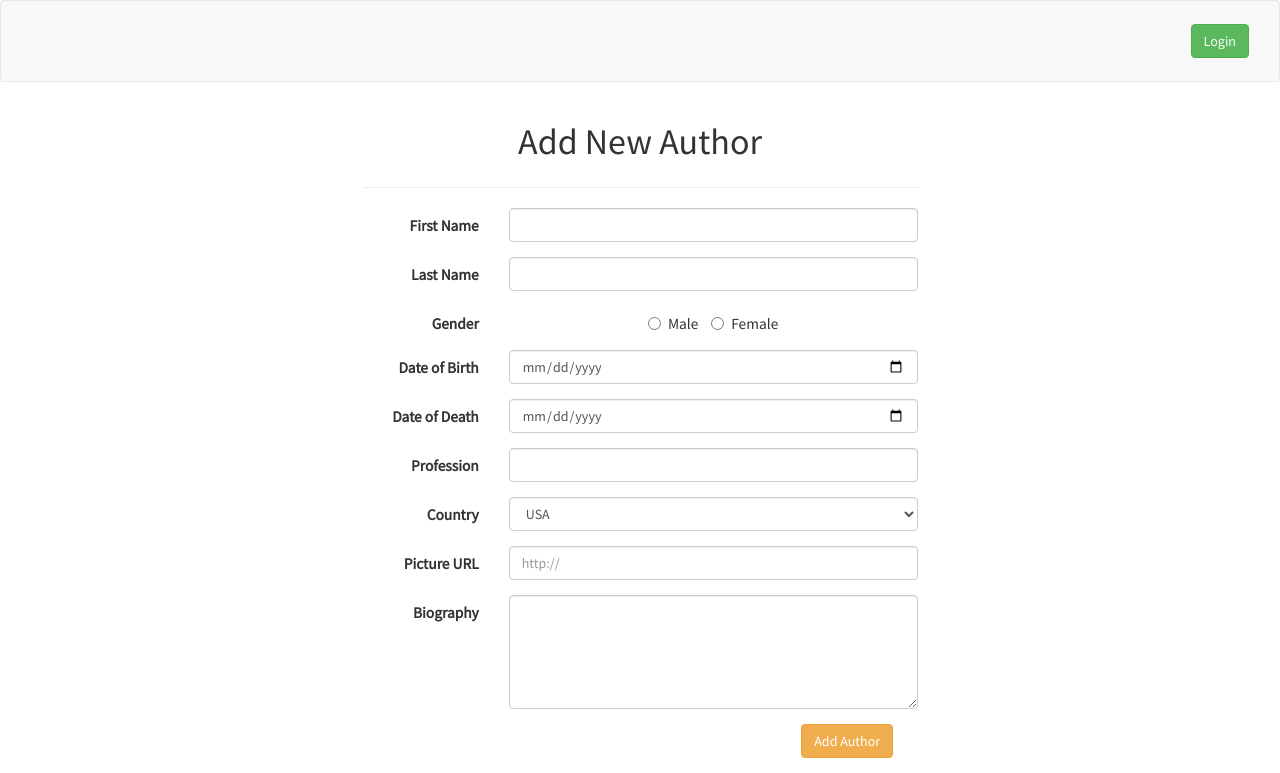
Repository: maliking/making
Page: http://localhost/labs/lab7/addAuthor.php
The author's editor kept a record of every edit. The page is drawn from the files as they stood at one moment, then again after the next edit.
The browser window is 1280 px wide. The pictures show the whole page.
Some web fonts or font styles are not loaded; a fallback is used. The page is run by PHP 8.4 with error messages shown; the project is at /var/www/html/.

Above is the page before.
Console error (its wording comes from the project's code and is left out).

### labs/lab7/addAuthor.php
<?php
if (isset($_GET['addForm'])) {
    include '../../dbConnection.php';
    $conn = getDatabaseConnection();

    $sql = "INSERT INTO q_author
                (firstName, lastName, gender, dob, dod, profession, country, picture, biography)
            VALUES (:fName, :lName, :gender, :dob, :dob, :profession, :country, :picture, :biography)";
    $np = array();
    $np[":fName"] = $_GET['firstName'];
    $np[":lName"] = $_GET['lastName'];
    $np[":gender"] = $_GET['gender'];
    $np[":dob"] = $_GET['dob'];
    $np[":dod"] = $_GET['dod'];
    $np[":profession"] = $_GET['profession'];
    $np[":country"] = $_GET['country'];
    $np[":picture"] = $_GET['picture'];
    $np[":biography"] = $_GET['biography'];

    $stmt = $conn -> prepare($sql);
    $stmt -> execute($np);
    echo "Author added";
}
?>

<!DOCTYPE html>
<html>
    <head>
        <title> Adding New Author</title>
        <link href="https://maxcdn.bootstrapcdn.com/bootstrap/3.3.7/css/bootstrap.min.css" rel="stylesheet" integrity="sha384-BVYiiSIFeK1dGmJRAkycuHAHRg32OmUcww7on3RYdg4Va+PmSTsz/K68vbdEjh4u" crossorigin="anonymous">
        <link rel="stylesheet" href="css/style.css">
        <link href="https://fonts.googleapis.com/css?family=Saira+Semi+Condensed|Source+Sans+Pro" rel="stylesheet">

        <style>
            body {
                font-family: 'Source Sans Pro', sans-serif;
                text-align: center;
            }

            h1 {
                margin-bottom: 25px;
            }
            label {
                font-size: 1.1em;
            }

            th {
                text-align: center;
            }
        </style>
    </head>
    <body>
        <nav class="navbar navbar-default">
            <div class="container-fluid">
                <div class="navbar-header navbar-right">
                    <p class="navbar-text">
                        <?php
                            if(isset($_SESSION['username']) && !empty($_SESSION['username'])) {
                                echo "<p class=\"navbar-text\">Signed in as" . $_SESSION[adminFullName] . "</p>";
                                echo "<a class=\"btn btn-default navbar-btn\" href=\"logout.php\">Logout</a>";
                            } else {
                                echo "<a class=\"btn btn-success navbar-btn\" href=\"index.php\">Login</a>";
                            }
                        ?>


                </div>
            </div>
        </nav>
        <div class="container">
            <div class="row">
                <div class="col-xs-6 col-xs-offset-3">
                    <h1>Add New Author</h1>
                    <hr>
                        <form class="form-horizontal">
                            <div class="form-group">
                                <label class="control-label col-xs-3" for="firstName">First Name</label>
                                <div class="col-xs-9">
                                    <input class="form-control" type="text" name="firstName"/>
                                </div>
                            </div>
                            <div class="form-group">
                                <label class="control-label col-xs-3" for="lastName">Last Name</label>
                                <div class="col-xs-9">
                                    <input class="form-control" type="text" name="lastName"/>
                                </div>
                            </div>
                            <div class="form-group">
                                <label class="control-label col-xs-3" for="gender">Gender</label>
                                <div class="col-xs-9">
                                    <label class="radio-inline"><input type="radio" name="gender" value="M">Male</label>
                                    <label class="radio-inline"><input type="radio" name="gender" value="F">Female</label>
                                </div>
                            </div>
                            <div class="form-group">
                                <label class="control-label col-xs-3" for="dob">Date of Birth</label>
                                <div class="col-xs-9">
                                    <input class="form-control" type="date" name="dob"/>
                                </div>
                            </div>
                            <div class="form-group">
                                <label class="control-label col-xs-3" for="dod">Date of Death</label>
                                <div class="col-xs-9">
                                    <input class="form-control" type="date" name="dod"/>
                                </div>
                            </div>
                            <div class="form-group">
                                <label class="control-label col-xs-3" for="profession">Profession</label>
                                <div class="col-xs-9">

                                    <input class="form-control" type="text" name="profession"/>
                                </div>
                            </div>
                            <div class="form-group">
                                <label class="control-label col-xs-3" for="country">Country</label>
                                <div class="col-xs-9">
                                    <select class="form-control" id="country" name="country">
                                        <option value="USA">USA</option>
                                        <option value="Germany">Germany</option>
                                        <option value="China">China</option>
                                        <option value="India">India</option>
                                    </select>
                                </div>
                            </div>
                            <div class="form-group">
                                <label class="control-label col-xs-3" for="picture">Picture URL</label>
                                <div class="col-xs-9">
                                    <input class="form-control" type="text" placeholder="http://" name="picture"/>
                                </div>
                            </div>
                            <div class="form-group">
                                <label class="control-label col-xs-3" for="biography">Biography</label>
                                <div class="col-xs-9">
                                      <textarea class="form-control" rows="5" id="biography"></textarea>
                                </div>
                            </div>
                            <div class="form-group">
                                <div class="col-xs-1 col-xs-offset-9">
                                    <input class="btn btn-warning" type="submit" value="Add Author" name="addForm">
                                </div>
                            </div>
                        </form>

                </div>
            </div>
        </div>

        <script src="https://maxcdn.bootstrapcdn.com/bootstrap/3.3.7/js/bootstrap.min.js" integrity="sha384-Tc5IQib027qvyjSMfHjOMaLkfuWVxZxUPnCJA7l2mCWNIpG9mGCD8wGNIcPD7Txa" crossorigin="anonymous"></script>

    </body>
</html>

### labs/lab7/css/style.css
body {
    font-family: 'Source Sans Pro', sans-serif;
}

h1 {
    margin-bottom: 25px;
    text-align: center;
}

h2 {
    font-size: 1.2em;
}

label {
    font-size: 1.1em;
}

th {
    text-align: center;
}

After the next edit:
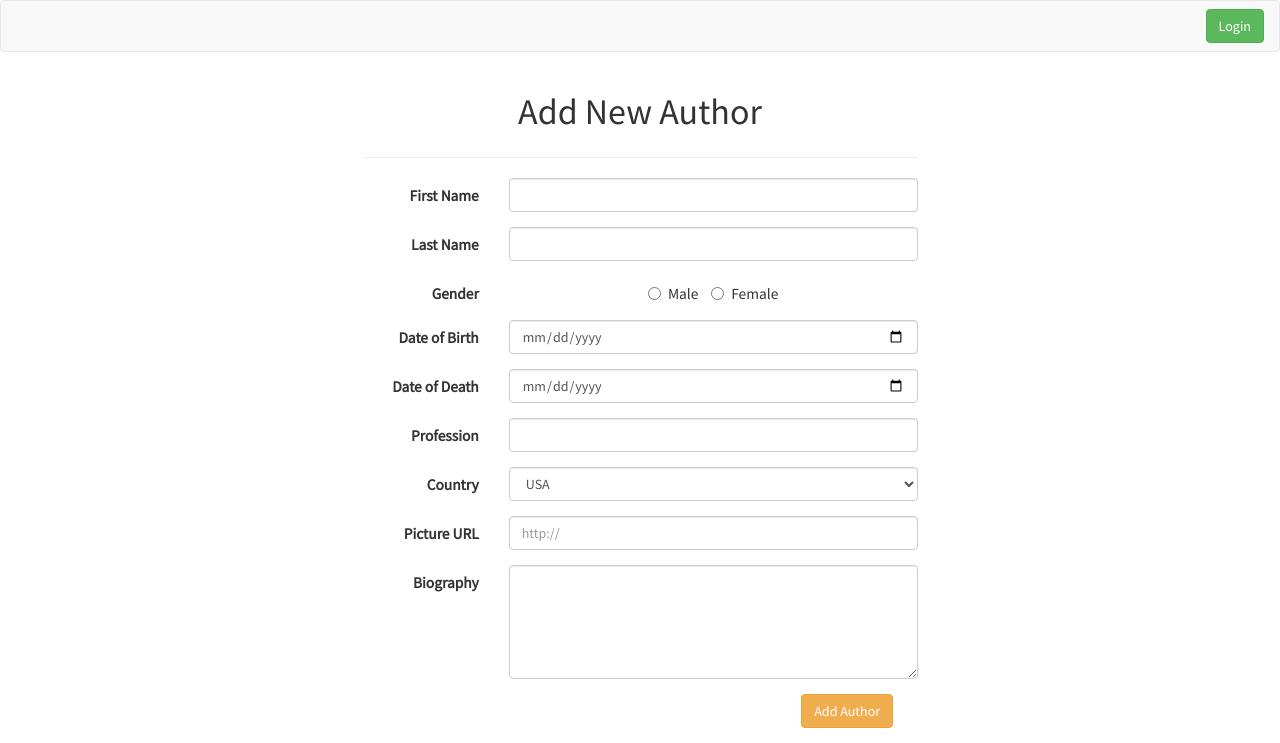
The edit:
--- a/labs/lab7/addAuthor.php
+++ b/labs/lab7/addAuthor.php
@@ -53,7 +53,6 @@
         <nav class="navbar navbar-default">
             <div class="container-fluid">
                 <div class="navbar-header navbar-right">
-                    <p class="navbar-text">
                         <?php
                             if(isset($_SESSION['username']) && !empty($_SESSION['username'])) {
                                 echo "<p class=\"navbar-text\">Signed in as" . $_SESSION[adminFullName] . "</p>";
